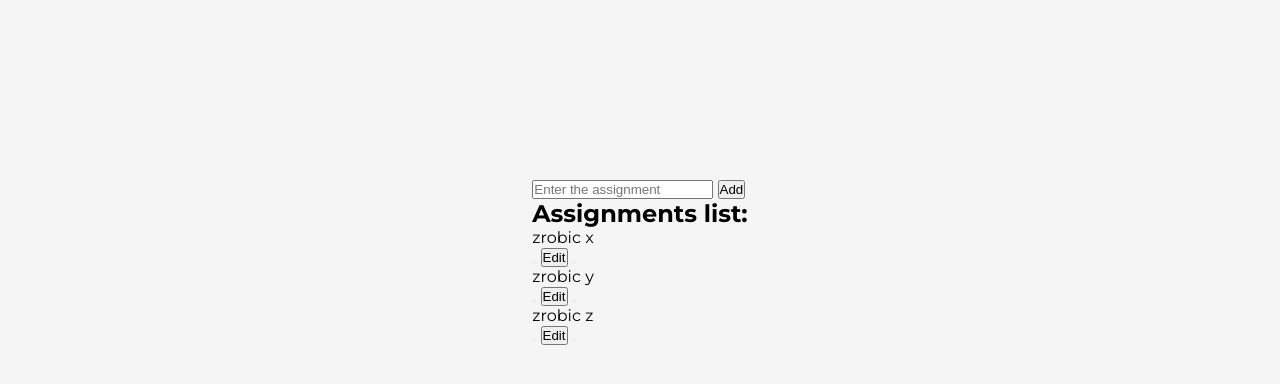
Repository: kimi1723/To-do-app
Page: index.html
An editor plug-in stored every save of this project. The page is shown before and after the next save, followed by the edit.
The browser window is 1280 px wide. The pictures show the whole page.
Some web libraries are served in a nearby version.

Above is the page before, as saved 2023-03-31 10:45:15.
Console error: TypeError: Cannot read properties of null (reading 'addEventListener')

After the next save:
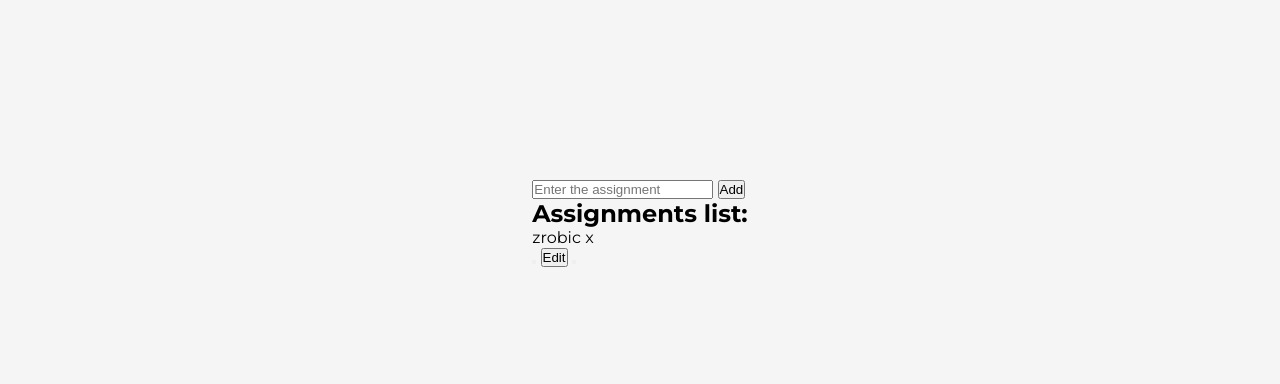
Saved 54 s later.
--- a/index.html
+++ b/index.html
@@ -28,34 +28,13 @@
                 <p class="to-do-assignment__text">zrobic x</p>
 
                 <div class="to-do-assignment-buttons">
-                    <button class="to-do-assignment-buttons-button"></button>
-                    <button
-                        class="to-do-assignment-buttons-button to-do-assignment-buttons-button--edit">Edit</button>
-                    <button class="to-do-assignment-buttons-button"></button>
+                    <button class="to-do-assignment-buttons__button"></button>
+                    <button class="to-do-assignment-buttons__button to-do-assignment-buttons-button--edit">Edit</button>
+                    <button class="to-do-assignment-buttons__button"></button>
                 </div>
             </div>
 
-            <div class="to-do-assignment">
-                <p class="to-do-assignment__text">zrobic y</p>
 
-                <div class="to-do-assignment-buttons">
-                    <button class="to-do-assignment-buttons-button"></button>
-                    <button
-                        class="to-do-assignment-buttons-button to-do-assignment-buttons-button--edit">Edit</button>
-                    <button class="to-do-assignment-buttons-button"></button>
-                </div>
-            </div>
-
-            <div class="to-do-assignment">
-                <p class="to-do-assignment__text">zrobic z</p>
-
-                <div class="to-do-assignment-buttons">
-                    <button class="to-do-assignment-buttons-button"></button>
-                    <button
-                        class="to-do-assignment-buttons-button to-do-assignment-buttons-button--edit">Edit</button>
-                    <button class="to-do-assignment-buttons-button"></button>
-                </div>
-            </div>
 
 
         </div>
